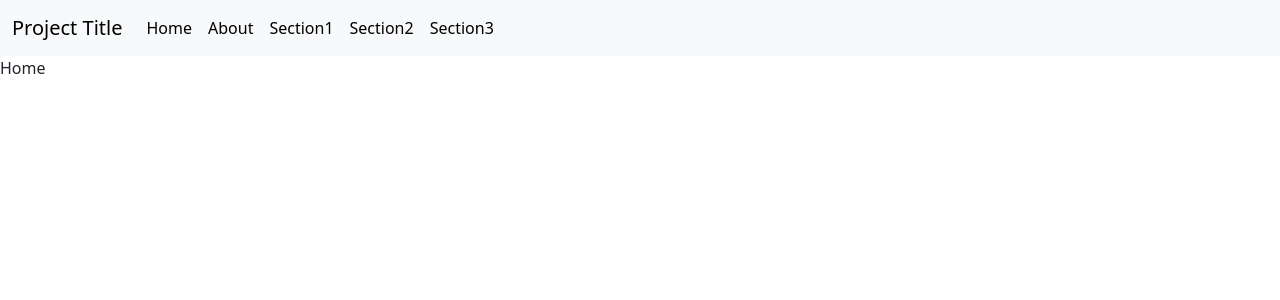
Repository: rahul-chakradhari/devquest
Page: / (app in project/)
These files come from the project's save history. The page is drawn as it stood at one moment and after the next save; the edit follows.
The browser window is 1280 px wide. The pictures show the whole page.
The project was rebuilt for these pictures with package versions that can differ from the ones it lists, and the page was loaded fresh each time. Also part of the build but not shown: project/vite.config.js, project/src/App.css, project/src/components/About.jsx, project/src/components/Section1.jsx, project/src/components/Section2.jsx, project/src/components/Section3.jsx, project/src/index.css.

Above is the page before, as saved 2025-02-22 16:46:52.

### project/index.html
<!DOCTYPE html>
<html lang="en">
  <head>
    <meta charset="UTF-8" />
    <link rel="icon" type="image/svg+xml" href="/vite.svg" />
    <meta name="viewport" content="width=device-width, initial-scale=1.0" />
    <title>Project</title>
    <link
      href="https://cdn.jsdelivr.net/npm/bootstrap@5.3.3/dist/css/bootstrap.min.css"
      rel="stylesheet"
      integrity="sha384-QWTKZyjpPEjISv5WaRU9OFeRpok6YctnYmDr5pNlyT2bRjXh0JMhjY6hW+ALEwIH"
      crossorigin="anonymous"
    />
  </head>
  <body>
    <div id="root"></div>
    <script type="module" src="/src/main.jsx"></script>
    <script
      src="https://cdn.jsdelivr.net/npm/bootstrap@5.3.3/dist/js/bootstrap.bundle.min.js"
      integrity="sha384-YvpcrYf0tY3lHB60NNkmXc5s9fDVZLESaAA55NDzOxhy9GkcIdslK1eN7N6jIeHz"
      crossorigin="anonymous"
    ></script>
  </body>
</html>

### project/src/App.jsx
import { useState } from "react";
import "./App.css";
import React from "react";
import { BrowserRouter as Router, Routes, Route } from "react-router-dom";
import Navbar from "./components/Navbar";
import Home from "./components/Home";
import About from "./components/About";
import Section1 from "./components/Section1";
import Section2 from "./components/Section2";
import Section3 from "./components/Section3";

function App() {
  const [count, setCount] = useState(0);

  return (
    <>
      <Router>
        <Navbar />
        <Routes>
          <Route path="/about" element={<About />} />
          <Route path="/" element={<Home />} />
          <Route path="/section1" element={<Section1 />} />
          <Route path="/section2" element={<Section2 />} />
          <Route path="/section3" element={<Section3 />} />
        </Routes>
      </Router>
    </>
  );
}

export default App;

### project/src/components/Navbar.jsx
import React from "react";
import { Link } from "react-router-dom";
const Navbar = () => {
  return (
    <div>
      <nav className="navbar navbar-expand-lg bg-body-tertiary">
        <div className="container-fluid">
          <a className="navbar-brand" href="#">
            Project Title
          </a>
          <button
            className="navbar-toggler"
            type="button"
            data-bs-toggle="collapse"
            data-bs-target="#navbarSupportedContent"
            aria-controls="navbarSupportedContent"
            aria-expanded="false"
            aria-label="Toggle navigation"
          >
            <span className="navbar-toggler-icon"></span>
          </button>
          <div className="collapse navbar-collapse" id="navbarSupportedContent">
            <ul className="navbar-nav me-auto mb-2 mb-lg-0">
              <li className="nav-item">
                <Link className="nav-link active" aria-current="page" to="/">
                  Home
                </Link>
              </li>{" "}
              <li className="nav-item">
                <Link
                  className="nav-link active"
                  aria-current="page"
                  to="/about"
                >
                  About
                </Link>
              </li>{" "}
              <li className="nav-item">
                <Link
                  className="nav-link active"
                  aria-current="page"
                  to="/section1"
                >
                  Section1
                </Link>
              </li>{" "}
              <li className="nav-item">
                <Link
                  className="nav-link active"
                  aria-current="page"
                  to="/section2"
                >
                  Section2
                </Link>
              </li>{" "}
              <li className="nav-item">
                <Link
                  className="nav-link active"
                  aria-current="page"
                  to="/section3"
                >
                  Section3
                </Link>
              </li>{" "}
            </ul>
          </div>
        </div>
      </nav>
    </div>
  );
};

export default Navbar;

Loaded but not shown: project/src/main.jsx (common file); project/src/components/Home.jsx (common file)

After the next save:
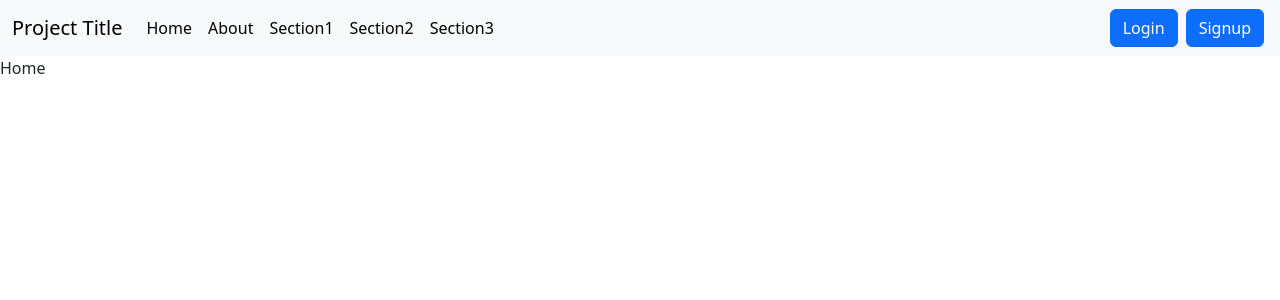
Saved 99 s later.
--- a/project/src/components/Navbar.jsx
+++ b/project/src/components/Navbar.jsx
@@ -1,6 +1,15 @@
 import React from "react";
-import { Link } from "react-router-dom";
+import { Link, useNavigate } from "react-router-dom";
+
 const Navbar = () => {
+  const navigate = useNavigate();
+  const isLoggedIn = localStorage.getItem("token"); // Check if token exists
+
+  const handleLogout = () => {
+    localStorage.removeItem("token");
+    navigate("/login");
+  };
+
   return (
     <div>
       <nav className="navbar navbar-expand-lg bg-body-tertiary">
@@ -25,7 +34,7 @@ const Navbar = () => {
                 <Link className="nav-link active" aria-current="page" to="/">
                   Home
                 </Link>
-              </li>{" "}
+              </li>
               <li className="nav-item">
                 <Link
                   className="nav-link active"
@@ -34,7 +43,7 @@ const Navbar = () => {
                 >
                   About
                 </Link>
-              </li>{" "}
+              </li>
               <li className="nav-item">
                 <Link
                   className="nav-link active"
@@ -43,7 +52,7 @@ const Navbar = () => {
                 >
                   Section1
                 </Link>
-              </li>{" "}
+              </li>
               <li className="nav-item">
                 <Link
                   className="nav-link active"
@@ -52,7 +61,7 @@ const Navbar = () => {
                 >
                   Section2
                 </Link>
-              </li>{" "}
+              </li>
               <li className="nav-item">
                 <Link
                   className="nav-link active"
@@ -61,8 +70,24 @@ const Navbar = () => {
                 >
                   Section3
                 </Link>
-              </li>{" "}
+              </li>
             </ul>
+            <form className="d-flex">
+              {!isLoggedIn ? (
+                <>
+                  <Link className="btn btn-primary mx-1" to="/login">
+                    Login
+                  </Link>
+                  <Link className="btn btn-primary mx-1" to="/signup">
+                    Signup
+                  </Link>
+                </>
+              ) : (
+                <button className="btn btn-danger mx-1" onClick={handleLogout}>
+                  Logout
+                </button>
+              )}
+            </form>
           </div>
         </div>
       </nav>
